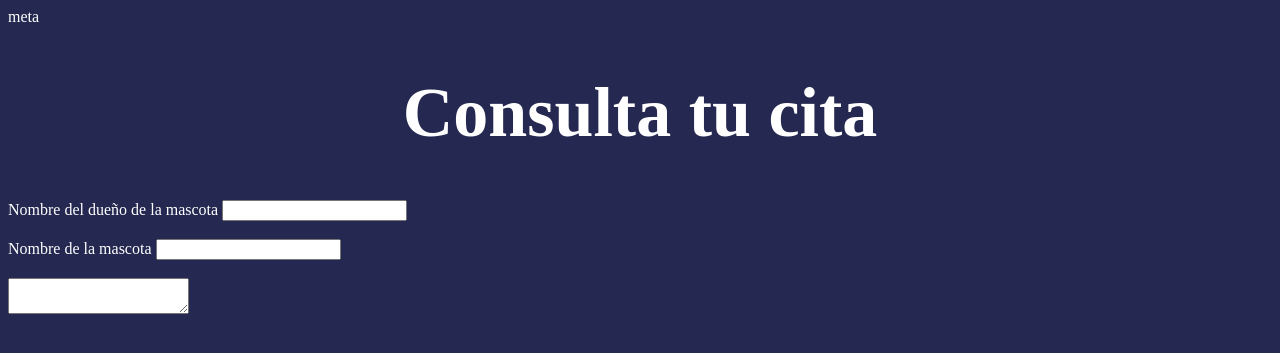
Repository: julioangarita/web-vet-cym
Page: http://localhost/consult_page
The author's editor kept a record of every edit. The page is drawn from the files as they stood at one moment, then again after the next edit.
The browser window is 1280 px wide. The pictures show the whole page.
The page is served by the project's application, run on Flask 3 (server.py).

Above is the page before.

### templates/consult.html
<!DOCTYPE html>
<html>
    <head>
        <meta http-equiv="content-type" content="text/html; charset=utf-8" />
        <title>Web Vet</title>
        <link rel="stylesheet" href="../static/css/styleconsult.css" type="text/css" media="all" />
        meta
    </head>
    <body>
        <h1>Consulta tu cita</h1>
        <label>Nombre del dueño de la mascota</label> <input> <br> <br>
        <label>Nombre de la mascota</label> <input> <br> <br>
        <textarea> </textarea>
    </body>
</html>

### controller/control.py
from flask import render_template, request
from database.db import *

def func_home_page():
    return render_template('home.html')

def func_register_page():
    return render_template('register.html')

def func_consult_page():
    return render_template('consult.html')

def func_register_user():
    id = request.form["id"]
    Nombre = request.form["name"]
    Apellidos = request.form["lastname"]
    Telefono = request.form["birthday"]
    Telefono = request.form["birthday"]
    Telefono = request.form["birthday"]
    Telefono = request.form["birthday"]
    confirm_user = add_user(id, name, lastname, birthday)
    if confirm_user:
        return "<h1>The user was created sucessfully</h1>"
    else:
        return "<h1>Error: The user was not created</h1>"

def func_consult_user():
    obj_user = request.get_json()
    id = obj_user["id"]
    passw = obj_user["passw"] #es solo para pruebas no se utiliza
    result_data = consult_user(id)
    response = ""
    if result_data != False and len(result_data) != 0:
        response = {
            'status': "ok",
            'name': result_data[0][1]
        }
    else:
        response = {
            'status':"error"
        }
    return response

### routes/route.py
from controller.control import *
from server import app #el archivo server esta en la ruta raiz

@app.route("/") # el '/' significa ruta raiz
def home_page():
    return func_home_page()

@app.route("/register_page")
def register_page():
    return func_register_page()

@app.route("/consult_page")
def consult_page():
    return func_consult_page()


@app.route("/register_user", methods = ["post"]) #el metodo corresponde a los usados en html son , get post, etc
def register_user():
    return func_register_user()

@app.route("/consult_user", methods = ["post"])
def consult_user():
    return func_consult_user()

### server.py
from flask import Flask, render_template, request


app = Flask(__name__)

from routes.route import *


if __name__ =="__main__":
    host = "0.0.0.0"
    port = "80"
    app.run(host, port) #este es un metodo de flask para correr un server

### database/db.py
import pymysql

db_host = 'database-vet.cngkqius2dwz.us-east-1.rds.amazonaws.com'
db_user = 'admin'
db_password = 'Tienda123'
db_database = 'db_nexovet'
db_table = 'users'

def connectionSQL():
    try:
        connection_sql = pymysql.connect(
            host = db_host,
            user = db_user,
            password = db_password,
            database = db_database
        )
        print("Sucessfull connection to the Database")
        return connection_sql
    except Exception as err:
        print("Error connecting to the database")
        print(err)
        return None

def add_user(id, Nombre, Apellidos, Telefono, Mascota, Nacimiento, Clase):
    instruction_sql = "INSERT INTO " + db_table + "(id, Nombre, Apellidos, Telefono, Mascota, Nacimiento, Clase) VALUES ("+id+", '"+Nombre+"', '"+Apellidos+"', '"+Telefono+"', '"+Mascota+"', '"+Nacimiento+"', '"+Clase+"')"
    connection_sql = connectionSQL()
    try:
        if connection_sql != None:
            cursor = connection_sql.cursor()
            cursor.execute(instruction_sql)
            connection_sql.commit()
            print("User added")
            return True
        else:
            print("Error connecting to the database")
            return False
    except Exception as err:
        print("Error creating the user")
        print(err)
        return False

def consult_user(id):
    instruction_sql = "SELECT * FROM users WHERE id = " + id
    connection_sql = connectionSQL()
    try:
        cursor = connection_sql.cursor()
        cursor.execute(instruction_sql)
        result_data = cursor.fetchall()
        return result_data
    except Exception as err:
        print("Error", err)
        return False

### static/css/styleconsult.css
img {
    height: 400px;
    border-radius: 10%;


}

h1 {
    text-align: center;
    font-size: 70px;
    color: white;
}

body {
    background-color: #252850;
    color: white;

}

form{
    text-align: center;
}

div {
    text-align: center;

}

After the next edit:
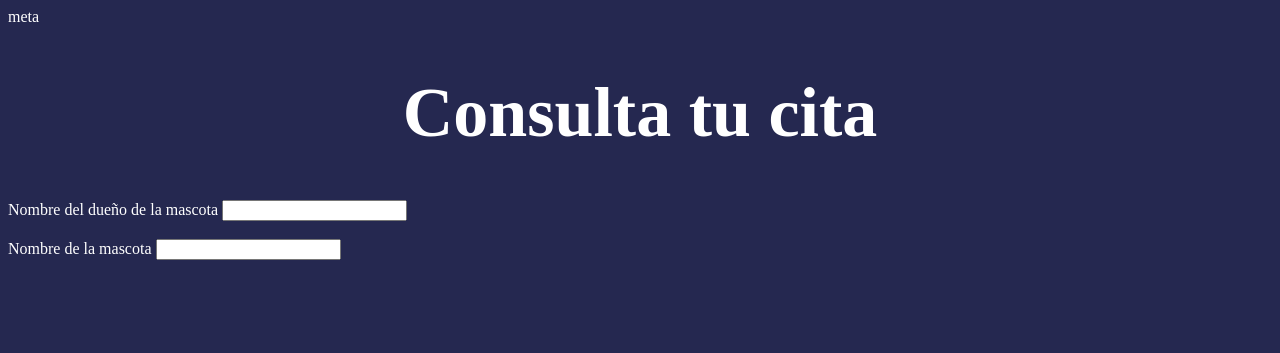
The edit:
--- a/templates/consult.html
+++ b/templates/consult.html
@@ -10,6 +10,6 @@
         <h1>Consulta tu cita</h1>
         <label>Nombre del dueño de la mascota</label> <input> <br> <br>
         <label>Nombre de la mascota</label> <input> <br> <br>
-        <textarea> </textarea>
+
     </body>
 </html>
